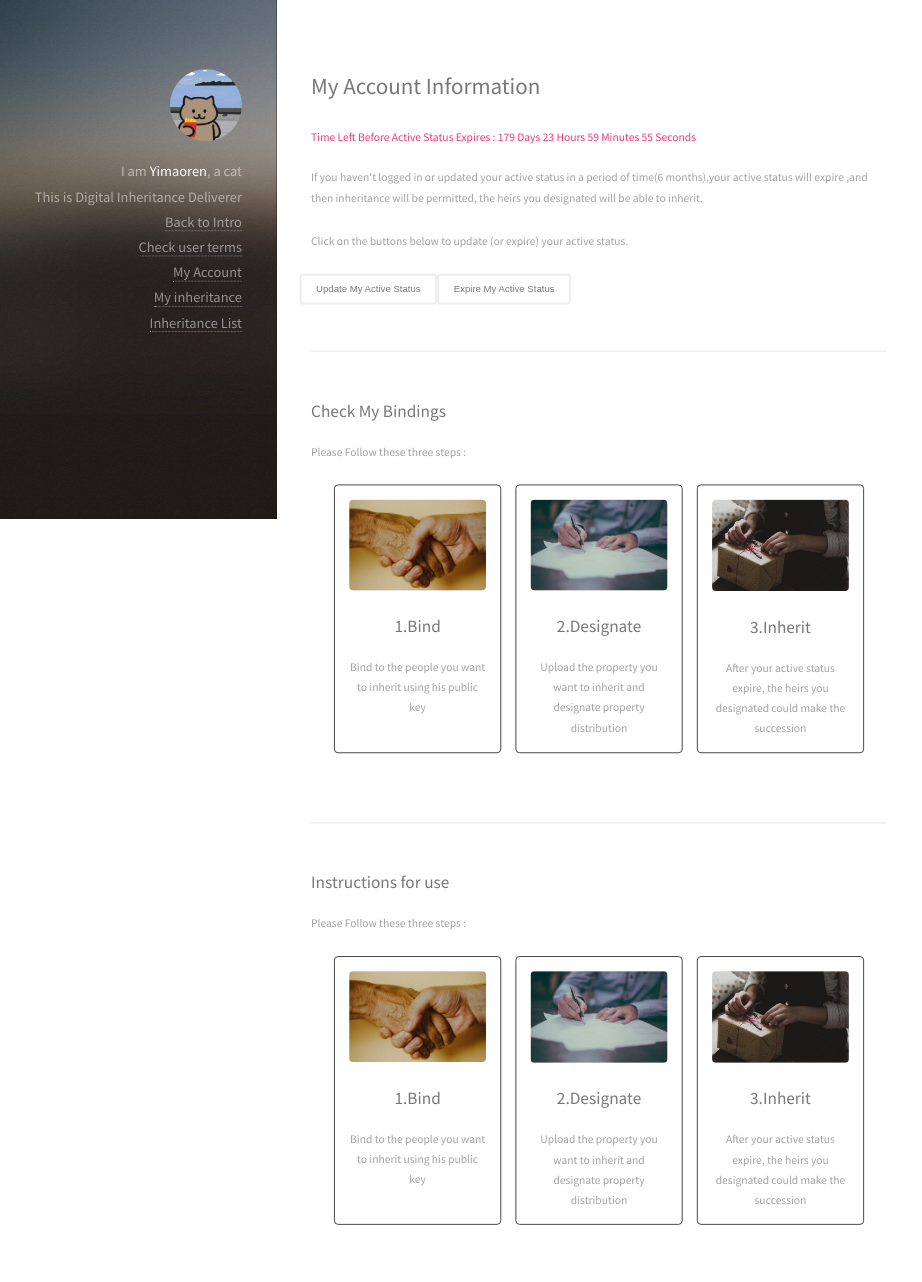
Repository: 1mocat/DID-blockchain-project
Page: Digital_I_D/app/src/myaccount.html
An editor plug-in stored every save of this project. The page is shown before and after the next save, followed by the edit.
The browser window is 1280 px wide. The pictures show the whole page, at 72% of full size.

Above is the page before, as saved 2023-10-03 00:05:19.

After the next save:
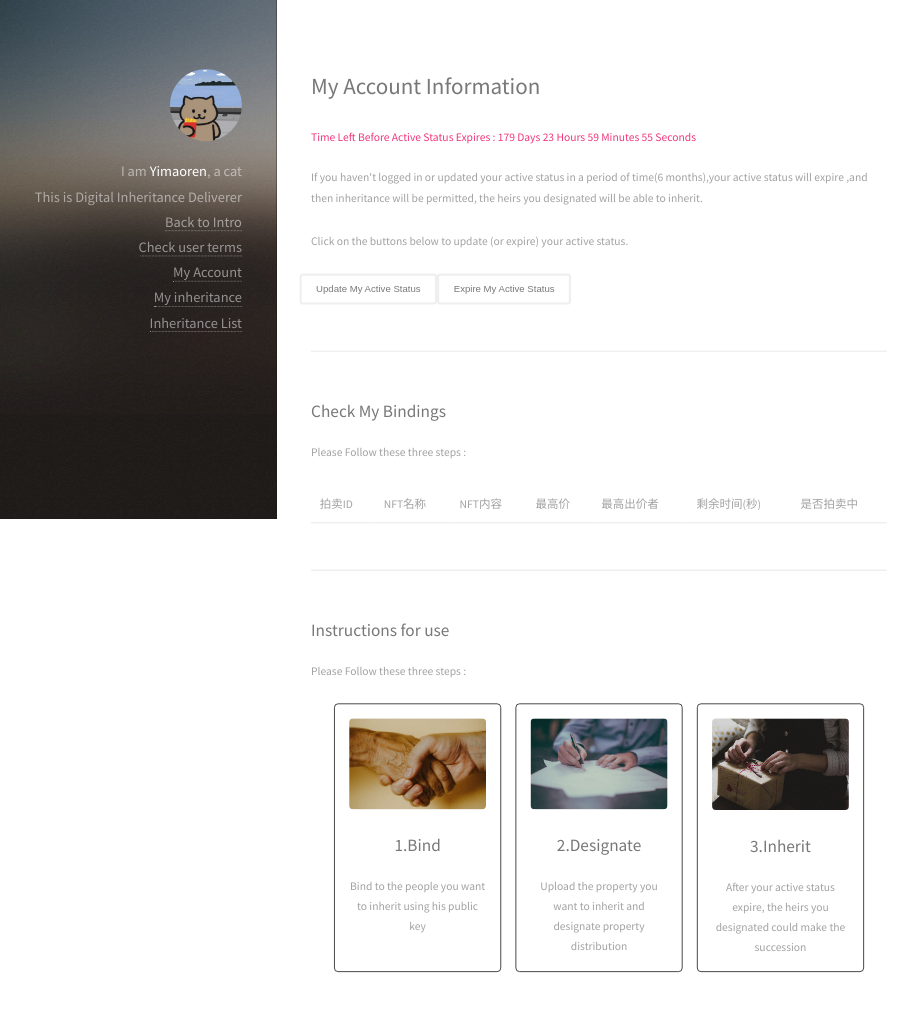
Saved 21 s later.
--- a/Digital_I_D/app/src/myaccount.html
+++ b/Digital_I_D/app/src/myaccount.html
@@ -103,23 +103,22 @@
 		<section id="two">
 			<h2>Check My Bindings</h2>
 			<p>Please Follow these three steps :</p>
-			<div class="container">
-				<div class="box">
-					<a class="image fit"><img src="images/bind.jpg" title="Bind" alt="" /></a>
-					<h2>1.Bind</h2>
-					<p>Bind to the people you want to inherit using his public key</p>
-				</div>
-				<div class="box">
-					<a class="image fit"><img src="images/assign.jpg" title="Designate" alt="" /></a>
-					<h2>2.Designate</h2>
-					<p>Upload the property you want to inherit and designate property distribution</p>
-				</div>
-				<div class="box">
-					<a class="image fit"><img src="images/open.png" title="Inherit" alt="" /></a>
-					<h2>3.Inherit</h2>
-					<p>After your active status expire, the heirs you designated could make the succession</p>
-				</div>
-			</div>
+			<div class="table-margin">
+                <table class="table table-bordered table-header">
+                  <thead>
+                    <tr>
+                      <td class="w5">拍卖ID</td>
+                      <td class="w5">NFT名称</td>
+                      <td class="w30">NFT内容</td>
+                      <td class="w5">最高价</td>
+                      <td class="w15">最高出价者</td>
+                      <td class="w10">剩余时间(秒)</td>
+                      <td class="w5">是否拍卖中</td>
+                    </tr>
+                  </thead>
+                  <tbody id="details"></tbody>
+                </table>
+              </div>
 		</section>
 
 
